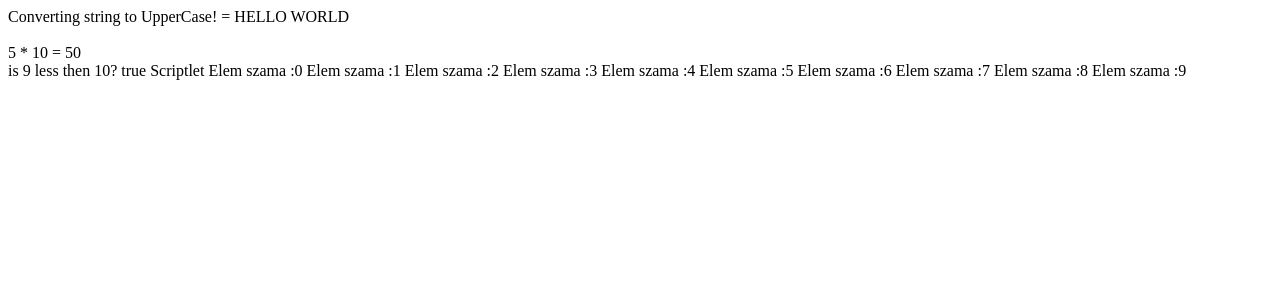
Repository: Gyepike/JSP
Page: http://localhost/JSPDemo/Expression.jsp
An editor plug-in stored every save of this project. The page is shown before and after the next save, followed by the edit.
The browser window is 1280 px wide. The pictures show the whole page.
The page is served by Tomcat 9.

Above is the page before, as saved 2020-10-29 19:01:02.

After the next save:
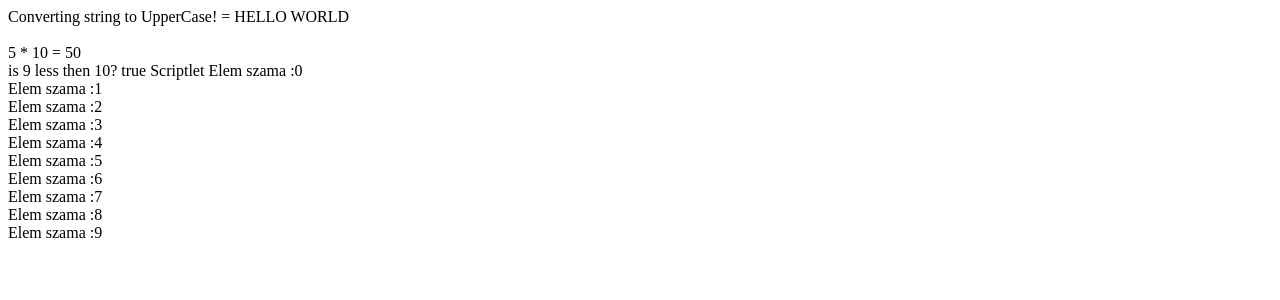
Saved 40 s later.
--- a/JSPDemo/WebContent/Expression.jsp
+++ b/JSPDemo/WebContent/Expression.jsp
@@ -18,6 +18,7 @@
       {
 
     	  out.println("Elem szama :" + i);
+    	  out.println("<br/>");
       }
 
    %>
